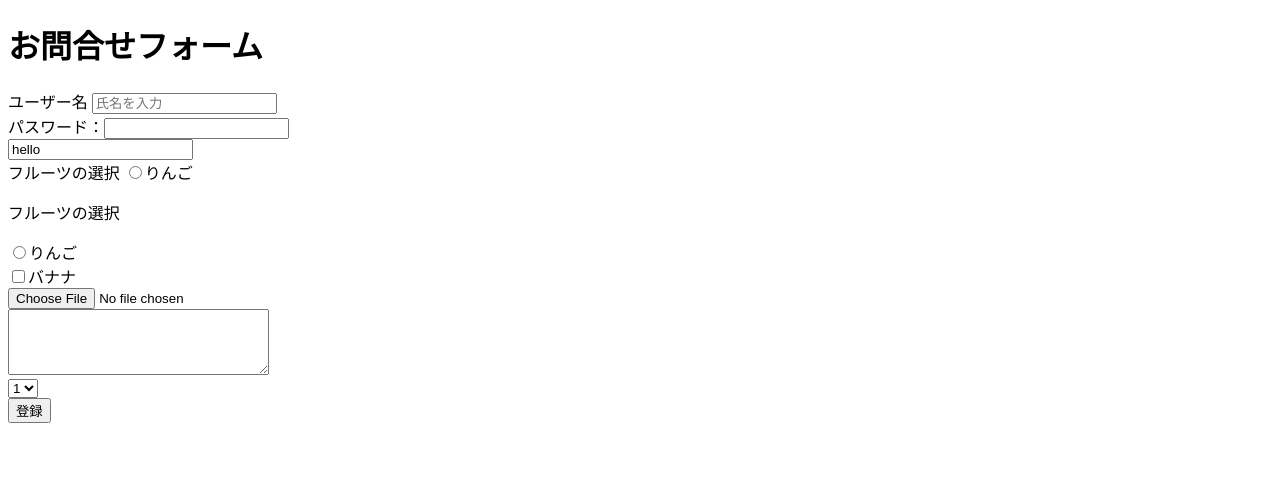
Repository: Jutta197/frontend726
Page: form.html
These files come from the project's save history. The page is drawn as it stood at one moment and after the next save; the edit follows.
The browser window is 1280 px wide. The pictures show the whole page.

Above is the page before, as saved 2023-07-27 15:47:30.

### form.html
<!DOCTYPE html>
<html lang="en">

<head>
    <meta charset="UTF-8">
    <meta name="viewport" content="width=device-width, initial-scale=1.0">
    <title>Document</title>
</head>

<body>
    <h1>お問合せフォーム</h1>
    <form action="" method="post">
        <label for="username">ユーザー名</label>
        <input type="text" name="username" placeholder="氏名を入力" required><br>
        パスワード：<input type="password" name="password"><br>
        <input type="text" name="name" value="hello"><br>

        <label for="apple1">フルーツの選択</label>
        <input type="radio" id="apple1" value="りんご">りんご<br>
        <p>フルーツの選択</p>
        <input type="radio" value="りんご">りんご<br>

        <input type="checkbox">バナナ<br>
        <input type="file"><br>
        <textarea name="details" id="" cols="30" rows="4"></textarea><br>
        <select name="fruit" id="">
            <option value="1">1</option>
            <option value="2">2</option>
            <option value="3">3</option>
        </select><br>

        <input type="submit" value="登録">


    </form>


</body>

</html>

After the next save:
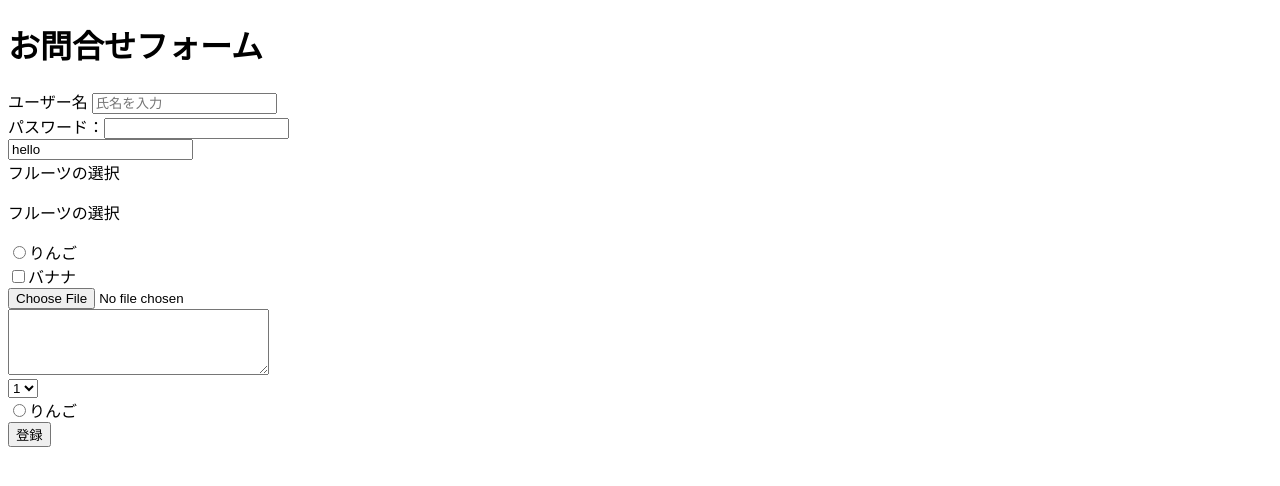
Saved 108 s later.
--- a/form.html
+++ b/form.html
@@ -16,7 +16,7 @@
         <input type="text" name="name" value="hello"><br>
 
         <label for="apple1">フルーツの選択</label>
-        <input type="radio" id="apple1" value="りんご">りんご<br>
+
         <p>フルーツの選択</p>
         <input type="radio" value="りんご">りんご<br>
 
@@ -28,7 +28,7 @@
             <option value="2">2</option>
             <option value="3">3</option>
         </select><br>
-
+        <input type="radio" id="apple1" value="りんご">りんご<br>
         <input type="submit" value="登録">
 
 
